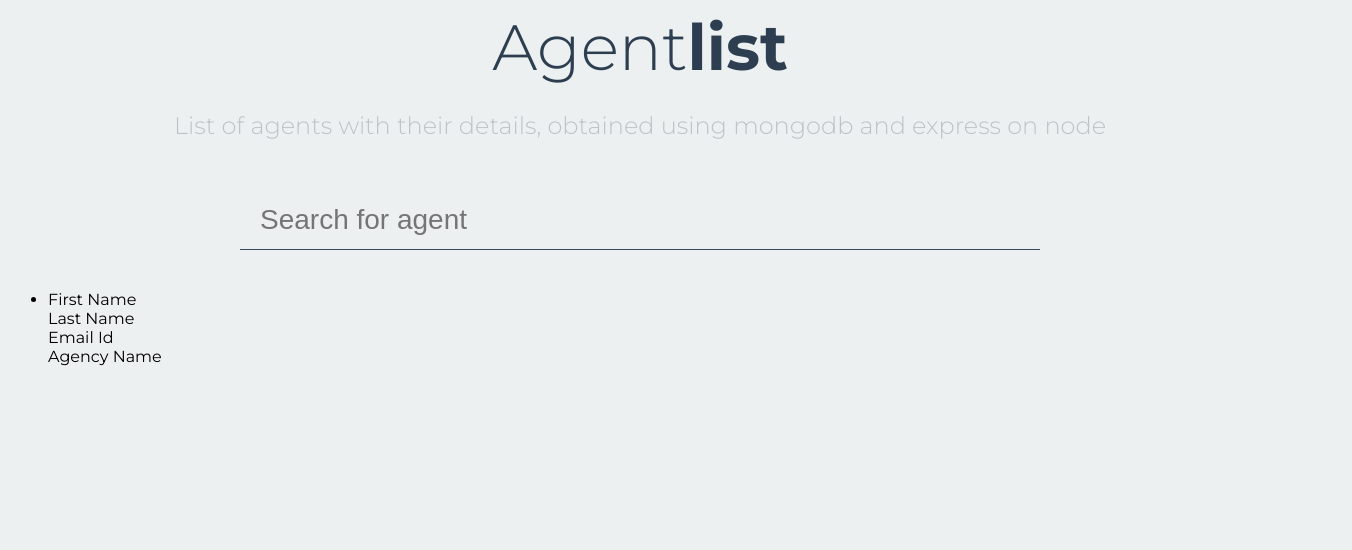
Repository: Anoofs/JsonListView
Page: http://localhost/
The author's editor kept a record of every edit. The page is drawn from the files as they stood at one moment, then again after the next edit.
The browser window is 1280 px wide. The page is 1312 px wide, then 1352 px, so the pictures cover 1352 px, including what lies to the right of the window. The pictures show the whole page.
The page is served by the project's Node server (json_table/index.js). Other server files are loaded and not shown. Queries for data that is not in the repository find no rows.

Above is the page before.

### environment/json_table/views/index.html
<head>
    <link rel="stylesheet" href="app.css" type="text/css" />
    <script
      src="https://code.jquery.com/jquery-3.3.1.min.js"
      integrity="sha256-FgpCb/KJQlLNfOu91ta32o/NMZxltwRo8QtmkMRdAu8="
      crossorigin="anonymous">
    </script>
</head>

<body>
    <header>
        <h1>Agent<span>list</span></h1>
        <h2>List of agents with their details, obtained using mongodb and express on node</h2>
    </header>
    <section class="form">
        <input type="text" id="findInput" placeholder="Search for agent" >
    </section>
    <ul class="list">
        <li class="header">
            <div class="firstName">
                First Name
            </div>
            <div class="lastName">
                Last Name
            </div>
            <div class="email">
                Email Id
            </div>
            <div class="agency">
                Agency Name
            </div>
        </li>
    </ul>

<script type="text/javascript" src="app.js"></script>
</body>

### environment/json_table/index.js
const express = require('express'),
    app = express(),
    bodyParser = require('body-parser');

const port = process.env.PORT;

const agentRoutes = require('./routes/agentRoutes');

app.use(bodyParser.json());
app.use(bodyParser.urlencoded({extended: true}));
app.use('/api/agents', agentRoutes);
app.use(express.static(__dirname + '/views'));
app.use(express.static(__dirname + '/public'));

app.listen(port, () => {
    console.log("App is running on port " + port);
});

app.get('/', (req, res) => {
    res.sendFile("index.html");
});

### environment/json_table/public/app.css
@import url('https://fonts.googleapis.com/css?family=Montserrat:300,400,700');

body {
    font-family: 'Montserrat', sans-serif;
    background: #ecf0f1;
}

header {
    text-align: center;
}

header h1 {
    font-size: 64px;
    font-weight: 300;
    margin: 0 0 25px;
    color: #2c3e50;
}

header h1 span {
    font-weight: 700;
}

header h2 {
    color: #bdc3c7;
    font-weight: 300;
}

.form {
    width: 800px;
    margin: 50px auto 20px;
}

#findInput {
    width: 100%;
    height: 60px;
    background: none;
    border: none;
    border-bottom: 1px solid #34495e;
    outline: none;
    font: 300 28px 'Ubuntu', sans-serif;
    padding: 20px;
    color: #34495e;
}

.list {
    width: 100%;
    margin: 40px auto;
}

.headRow {
    width: 100%;
    height: 60px;
    line-height: 60px;
    font-size: 20px;
    padding: 0 20px;
    color: #34495e;
    font-weight: bold;
}

.agent {
    width: 100%;
    height: 60px;
    line-height: 60px;
    font-size: 20px;
    padding: 0 20px;
    color: #34495e;
    transition: all .3s ease;
    text-align: center;
}

.agent:hover {
    background: rgba(0, 0, 0, 0.2);
    cursor: pointer;
}

.agent:hover span {
    opacity: 1;
}

### environment/json_table/public/app.js
$(document).ready(function() {
    $.getJSON("/api/agents")
    .then(addAgents);

    $('#findInput').keyup((event) => {
        if($('#findInput').val()!="") {
            searchAgents();
        }
        else {
            $.getJSON("/api/agents")
            .then(addAgents);
        }
    })
});

function addAgents(agents) {
    agents.forEach(function(agent) {
        var newAgent = $('<tr class="agent">' +
                            '<td>' + agent.firstname + '</td>' +
                            '<td>' + agent.lastname + '</td>' +
                            '<td>' + agent.email + '</td>'  +
                            '<td>' + agent.agency_name + '</td>' +
                        '</tr>');
        $('.list').append(newAgent);
    });
}

function searchAgents() {
    var searchText = $('#findInput').val();
    $.get('/api/agents/find', {search: searchText})
    .then(function(agents) {
        $('.list').empty();
        agents.forEach((agent) => {
            var newAgent = $('<tr class="agent">' +
                    '<td>' + agent.firstname + '</td>' +
                    '<td>' + agent.lastname + '</td>' +
                    '<td>' + agent.email + '</td>'  +
                    '<td>' + agent.agency_name + '</td>' +
                '</tr>');
            $('.list').append(newAgent);
        });
    })
    .catch(function(err) {
        console.log(err);
    })
}

// '<tr class="headRow"><th class="firstName">First Name</th><th class="lastName">Last Name</th><th class="email">Email Id</th><th class="agency">Agency Name</th></tr>'

// <tr class="headRow">
//     <th class="firstName">
//         First Name
//     </th>
//     <th class="lastName">
//         Last Name
//     </th>
//     <th class="email">
//         Email Id
//     </th>
//     <th class="agency">
//         Agency Name
//     </th>
// </tr>

### environment/json_table/routes/agentRoutes.js
const express = require('express');
const router = express.Router();
const db = require('../models');

router.get('/', function(req, res) {
    db.Agents.find().limit(50)
    .then((agents) => {
        res.json(agents);
    })
    .catch((err) => {
        res.send(err);
    })
});

router.get('/find', function(req, res) {
    db.Agents.find({ $text: { $search: req.query.search } })
    .then((agents) => {
        res.send(agents);
    })
    .catch((err) => {
        res.send(err);
    })
})

module.exports = router;

After the next edit:
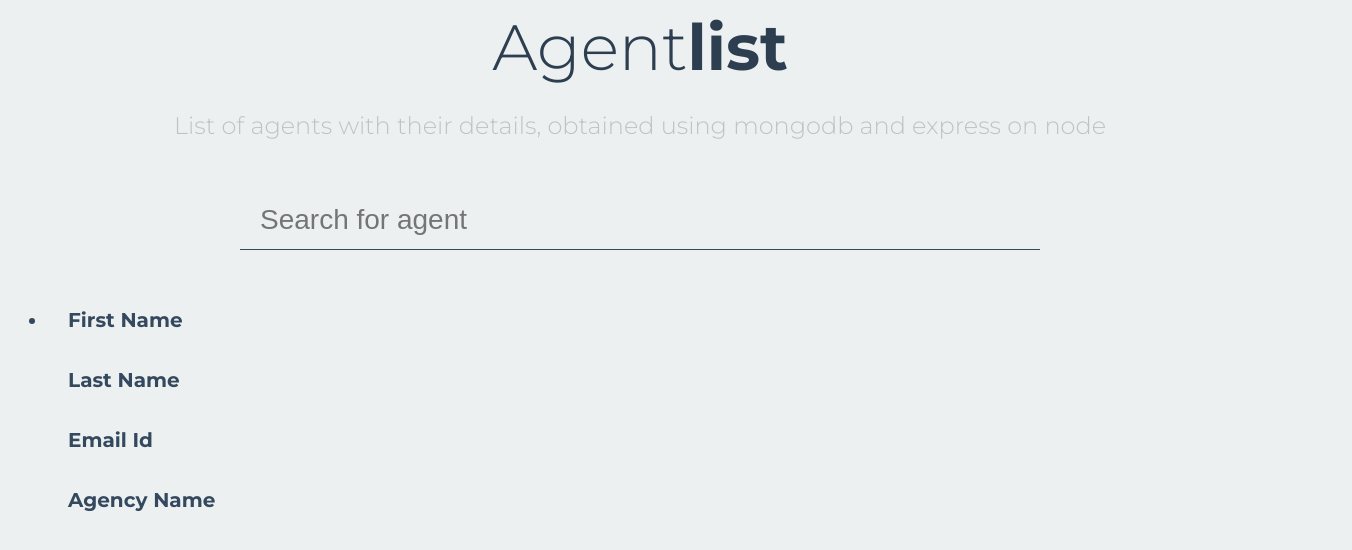
The edit:
--- a/environment/json_table/views/index.html
+++ b/environment/json_table/views/index.html
@@ -16,8 +16,8 @@
         <input type="text" id="findInput" placeholder="Search for agent" >
     </section>
     <ul class="list">
-        <li class="header">
-            <div class="firstName">
+        <li class="headRow">
+            <th class="firstName">
                 First Name
             </div>
             <div class="lastName">
